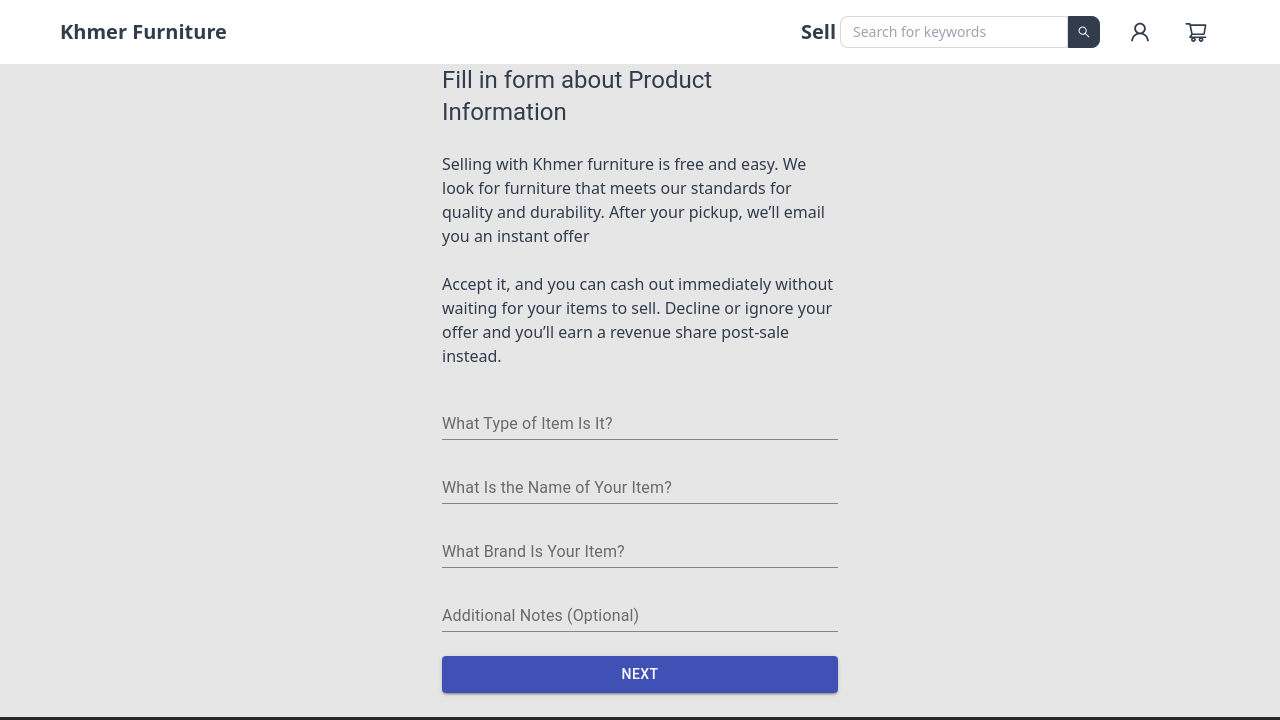
Repository: PlayerNguyen/dotot-shop
Page: /sell (app in client/)
An editor plug-in stored every save of this project. The page is shown before and after the next save, followed by the edit.
The browser window is 1280 px wide. The pictures show the whole page.
An inner scrolling area shows only its first screen. The project was rebuilt for these pictures with package versions that can differ from the ones it lists, and the page was loaded fresh each time. Also part of the build but not shown: client/src/components/NoMatch/NoMatch.jsx, client/src/components/Sell/UserDetails.js, client/src/components/Sell/Confirmation.js, client/src/components/Sell/Success.js.

Above is the page before, as saved 2022-12-08 13:09:06.

After the next save:
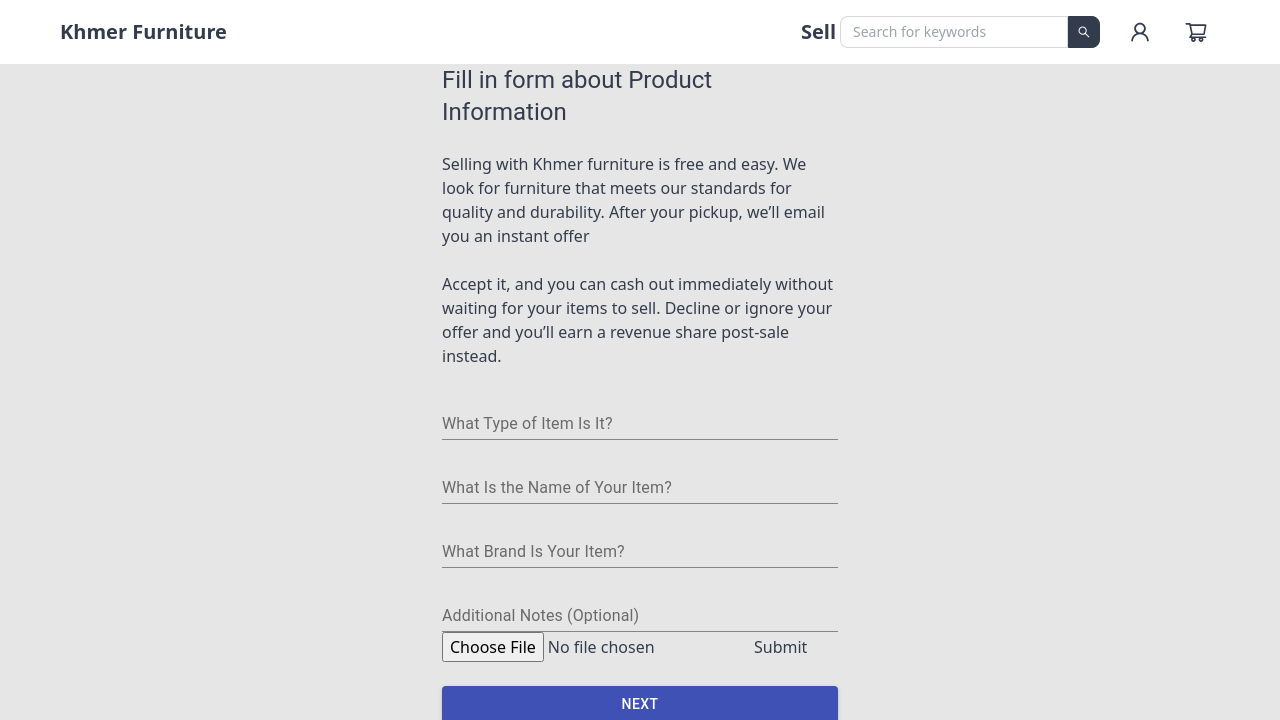
Saved 72 s later.
--- a/client/src/components/Sell/ProductDetails.js
+++ b/client/src/components/Sell/ProductDetails.js
@@ -91,6 +91,11 @@ const ProductDetails = ({ nextStep, handleChange, values }) => {
                 />
               </Grid>
             </Grid>
+            <form onSubmit={handleSubmit(onSubmit)}>
+                <input type="file" {...register("file")} />
+
+                <input type="submit" />
+            </form>
             <br />
             <Button
               onClick={ Continue }
